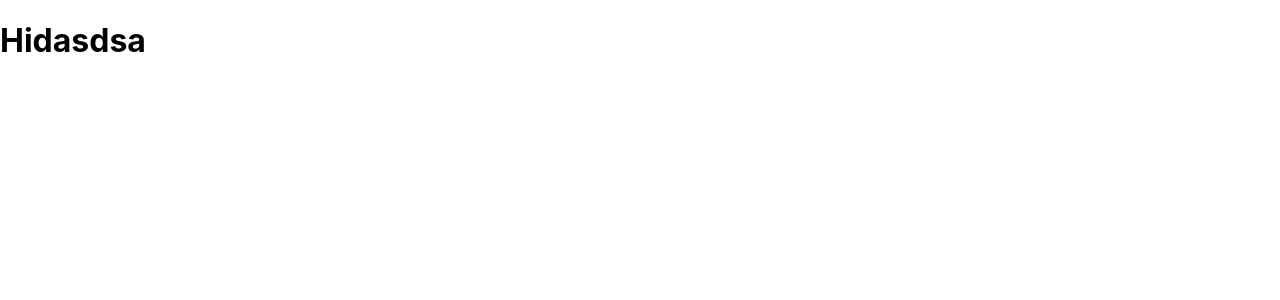
Repository: haidawngvn/hooks-bible
Page: /
An editor plug-in stored every save of this project. The page is shown before and after the next save, followed by the edit.
The browser window is 1280 px wide. The pictures show the whole page.
The project was rebuilt for these pictures with package versions that can differ from the ones it lists, and the page was loaded fresh each time.

Above is the page before, as saved 2022-07-29 00:49:34.

### src/App.js
import  { useState } from 'react'
import Content from './Content';

function App() {


  return (
    <div className="App">
        <Content/>
    </div>
  );
}

export default App;

### src/Content.js


function Content() {
    return(
        <h1>Hidasdsa</h1>
    )
}

export default Content

Loaded but not shown: public/index.html (common file); src/index.js (common file); src/index.css (common file); src/reportWebVitals.js (common file)

After the next save:
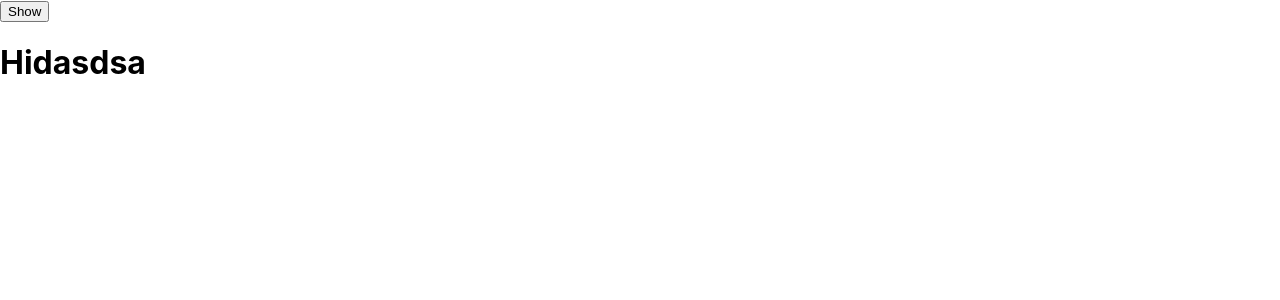
Saved 55 s later.
--- a/src/App.js
+++ b/src/App.js
@@ -6,6 +6,7 @@ function App() {
 
   return (
     <div className="App">
+        <button>Show</button>
         <Content/>
     </div>
   );
